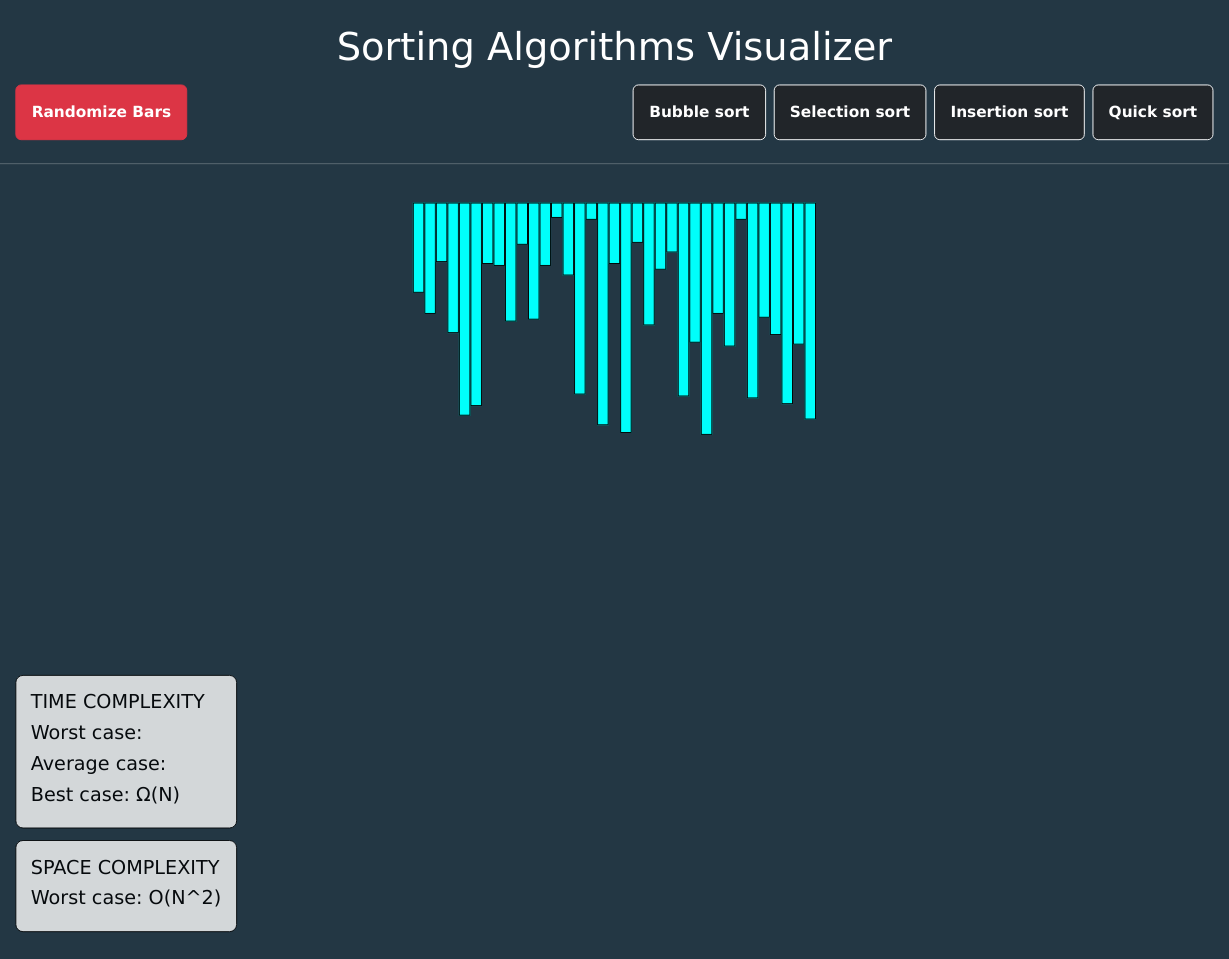
Repository: Vasil1001/Sorting-Algorithms-Visualizer-js
Page: views/index.html
These files come from the project's save history. The page is drawn as it stood at one moment and after the next save; the edit follows.
The browser window is 1280 px wide. The pictures show the whole page, at 96% of full size.

Above is the page before, as saved 2022-11-04 01:24:43.

After the next save:
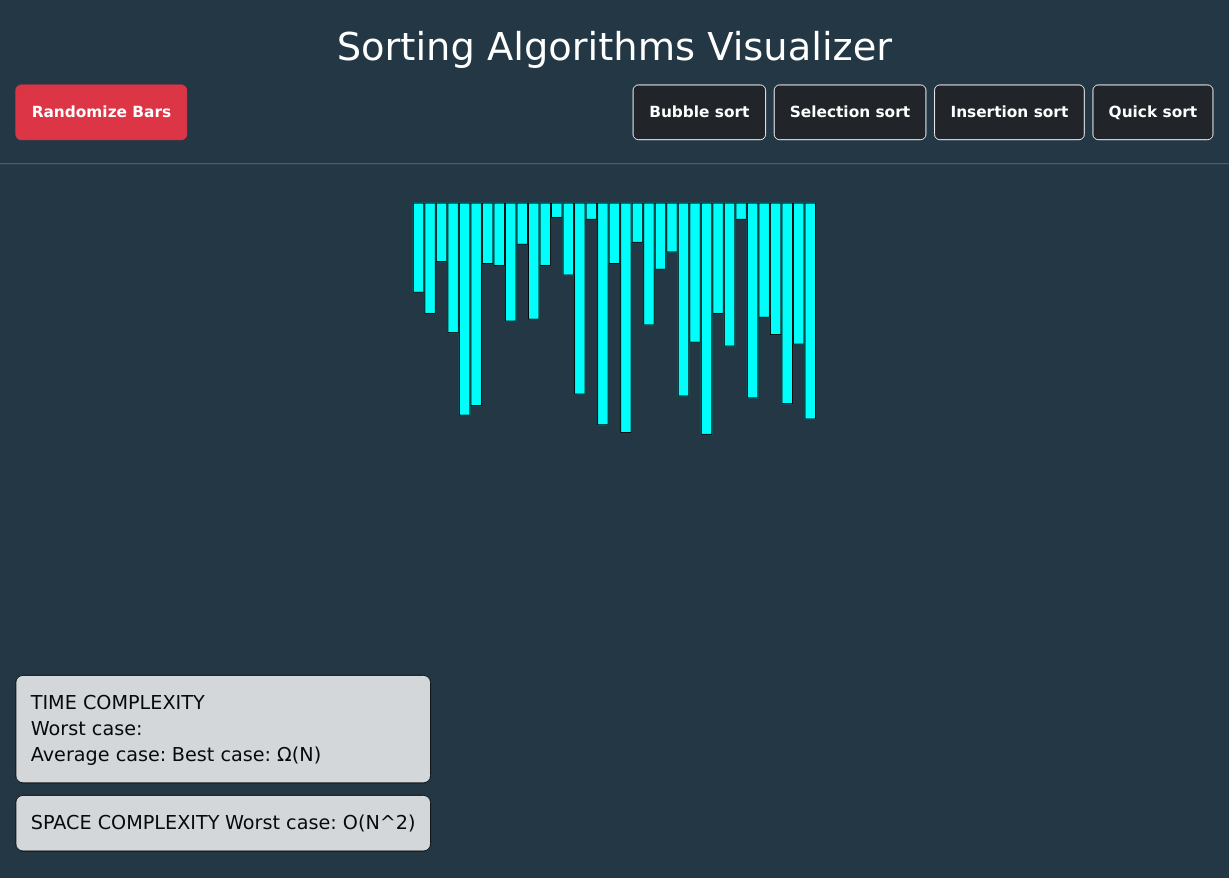
Saved 4 s later.
--- a/css/base.css
+++ b/css/base.css
@@ -39,6 +39,6 @@ body {
     margin-bottom: 12px;
 }
 
-h4, p {
+h5, p {
     display: inline;
 }
